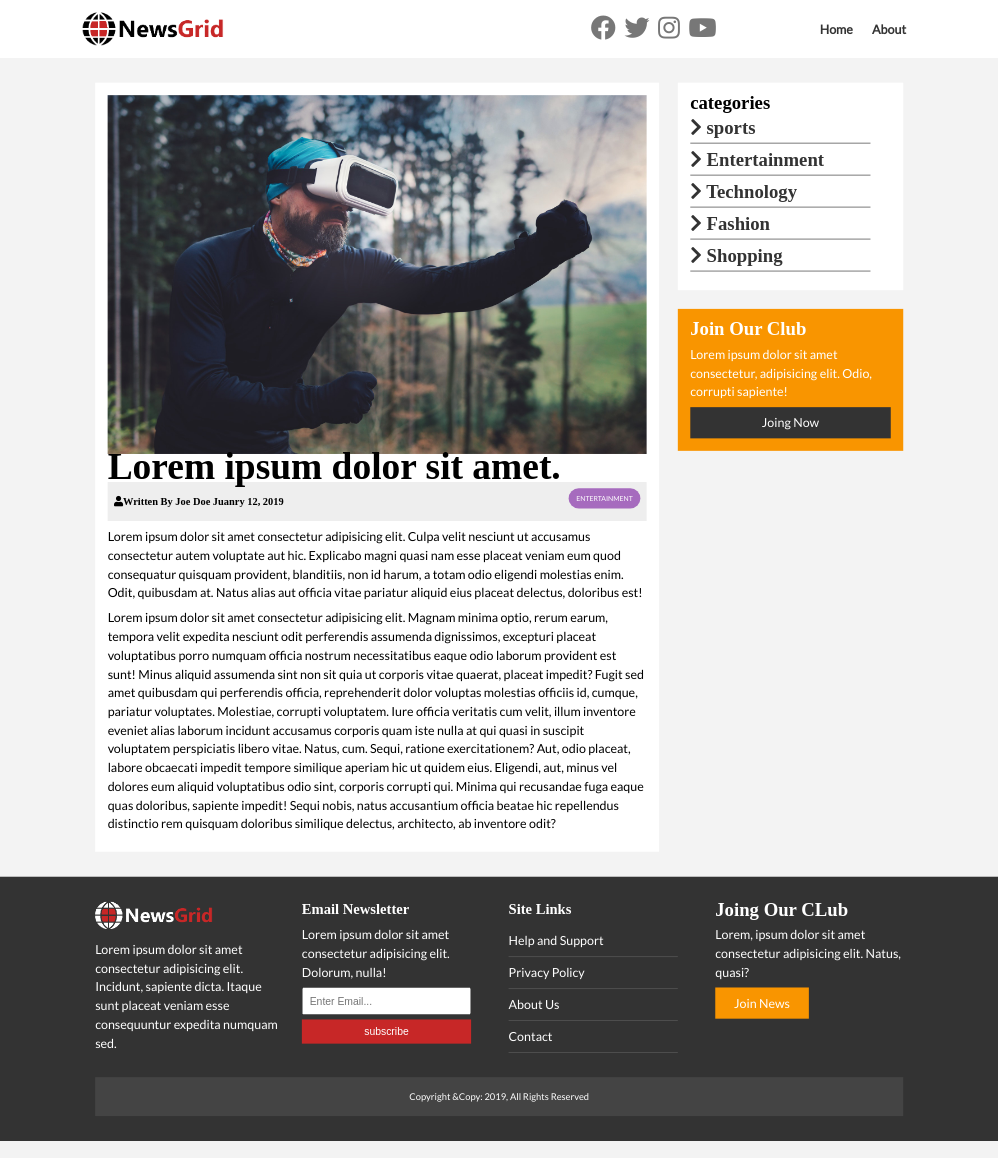
Repository: EswinGiova/NewsGrid
Page: article.html
An editor plug-in stored every save of this project. The page is shown before and after the next save, followed by the edit.
The browser window is 1280 px wide. The pictures show the whole page, at 78% of full size.
Some web libraries are served in a nearby version.

Above is the page before, as saved 2020-09-20 19:39:08.

After the next save:
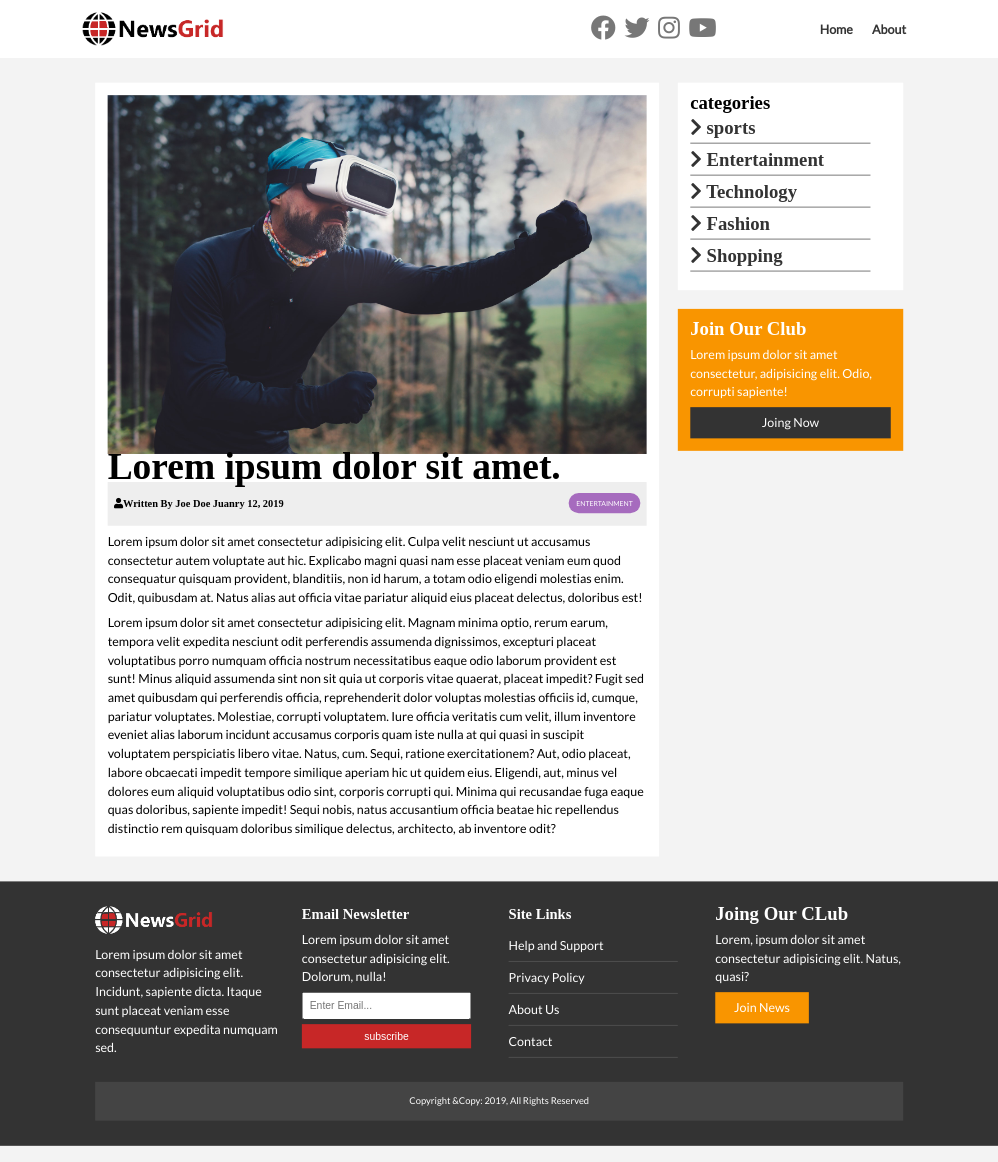
Saved 45 s later.
--- a/css/style.css
+++ b/css/style.css
@@ -293,6 +293,10 @@ h6 {
   padding: 0.5rem;
 }
 
+#article .meta .category {
+  margin-top: 0.4rem;
+}
+
 /* footer */
 #main-footer {
   background: var(--dark-color);
